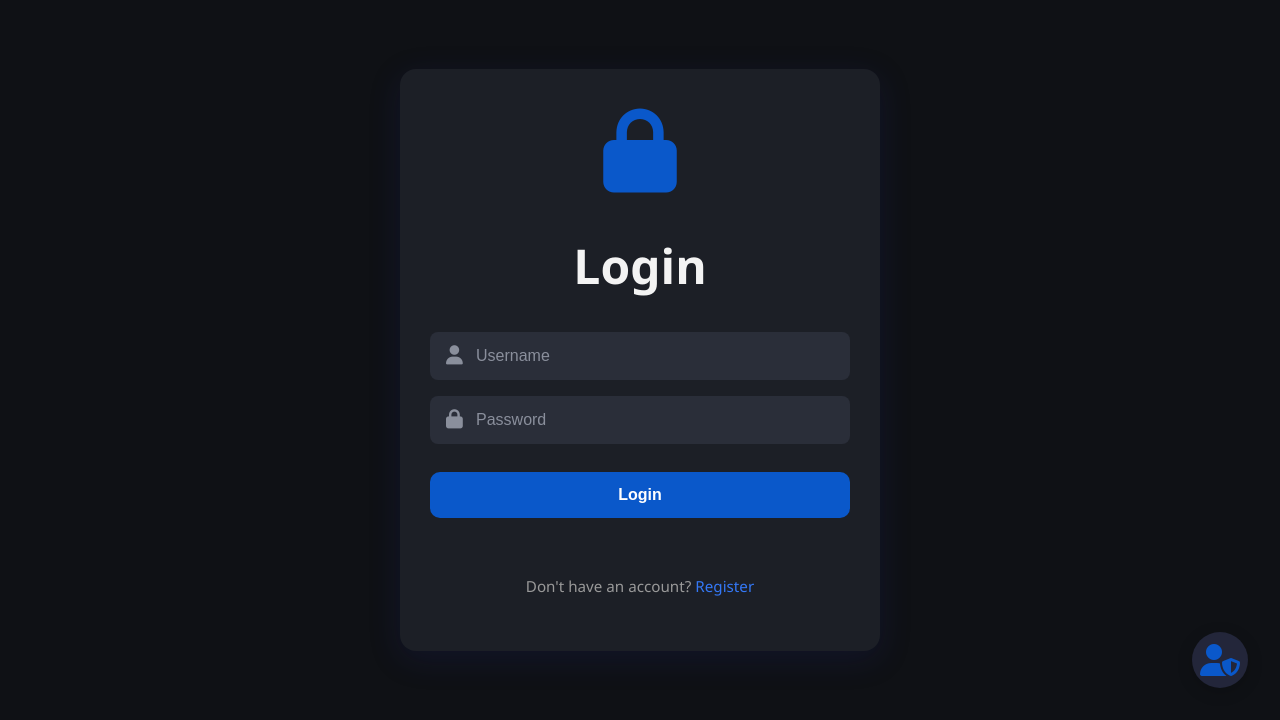
Repository: lowluds/auth-flask
Page: http://localhost/login
An editor plug-in stored every save of this project. The page is shown before and after the next save, followed by the edit.
The browser window is 1280 px wide. The pictures show the whole page.
The page is served by the project's application, run on Flask 3 (login.py).

Above is the page before, as saved 2025-07-11 00:22:54.

After the next save:
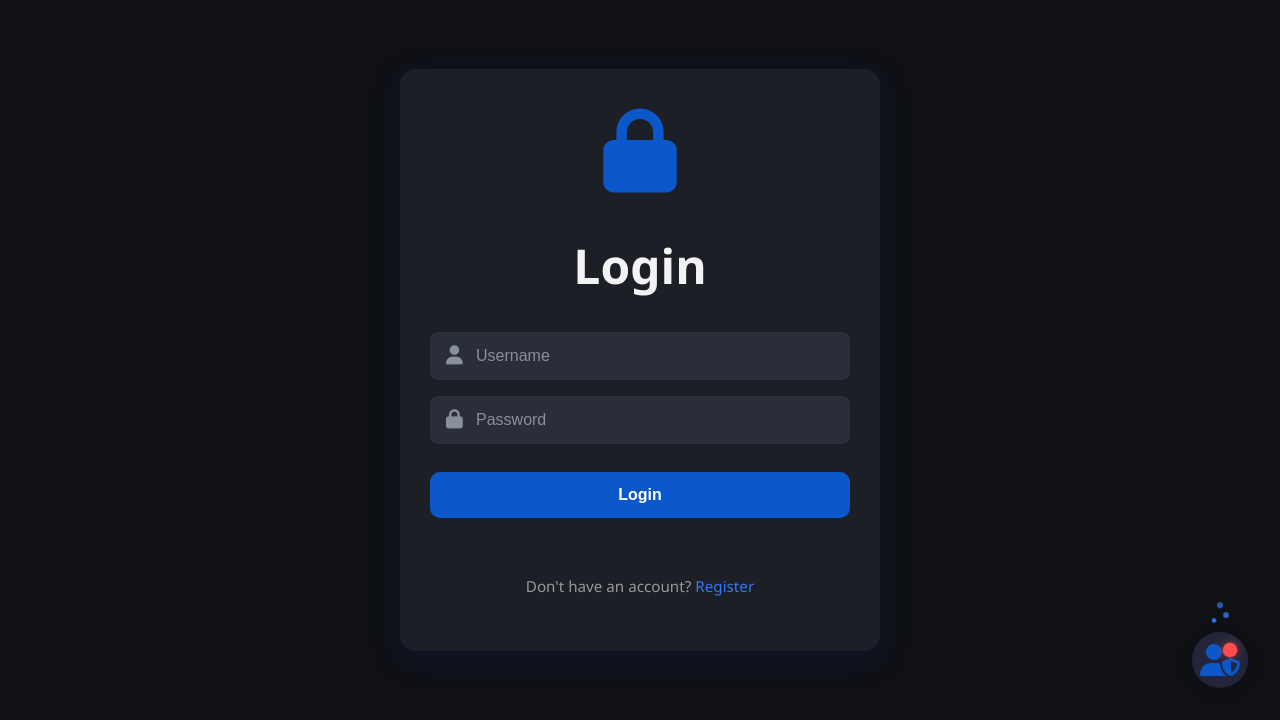
Saved 27 s later.
--- a/static/register.css
+++ b/static/register.css
@@ -289,15 +289,45 @@ p {
     animation: bubbleUp 1.8s infinite;
 }
 
-
-
-@keyframes wiggle {
-    0%, 100% { transform: rotate(0deg);}
-    20% { transform: rotate(-8deg);}
-    40% { transform: rotate(8deg);}
-    60% { transform: rotate(-8deg);}
-    80% { transform: rotate(8deg);}
-}
-.admin-info-fab {
-    animation: wiggle 2s infinite 3s;
-}
+.bubble1 {
+    width: 8px; height: 8px;
+    left: 50%; top: -8px;      /* was 8px, now -8px */
+    transform: translateX(-50%);
+    animation-delay: 0s;
+}
+.bubble2 {
+    width: 6px; height: 6px;
+    left: 60%; top: 2px;       /* was 16px, now 2px */
+    transform: translateX(-50%);
+    animation-delay: 0.3s;
+}
+.bubble3 {
+    width: 4px; height: 4px;
+    left: 40%; top: 6px;       /* was 20px, now 6px */
+    transform: translateX(-50%);
+    animation-delay: 0.6s;
+}
+
+@keyframes bubbleUp {
+    0%   { opacity: 0; transform: translateX(-50%) scale(0.7) translateY(0);}
+    20%  { opacity: 0.7; }
+    50%  { opacity: 1; transform: translateX(-50%) scale(1.1) translateY(-18px);} /* was -10px */
+    80%  { opacity: 0.7; }
+    100% { opacity: 0; transform: translateX(-50%) scale(0.7) translateY(-32px);} /* was -18px */
+}
+
+.admin-info-fab::after {
+    content: '';
+    position: absolute;
+    top: 12px; right: 12px;
+    width: 12px; height: 12px;
+    background: #ff4d4d;
+    border-radius: 50%;
+    box-shadow: 0 0 8px #ff4d4d88;
+    animation: ping 1.2s infinite;
+}
+@keyframes ping {
+    0% { transform: scale(1);}
+    50% { transform: scale(1.4);}
+    100% { transform: scale(1);}
+}
